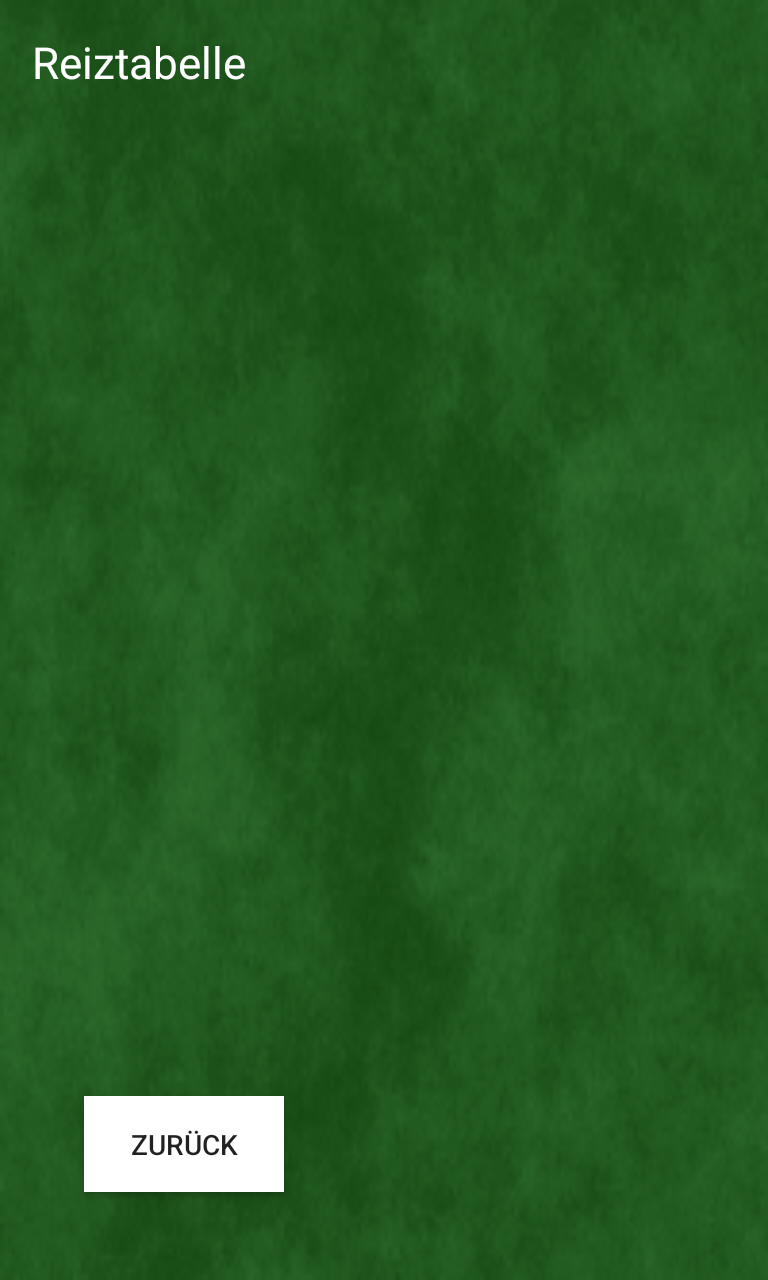
Repository: razinanu/InSy-Skat
Layout: InSy-Skat/res/layout/fragment_result.xml
The author's editor kept a copy of each file at every save. The layout is drawn from the files as they stood at one save, then again after the next save.
It is drawn on a 768 x 1280 px phone screen (xhdpi) without system bars, with theme AppThemeWithoutActionBarTitle; the app's code is not run.

Above is the layout before, as saved 2014-06-22 13:24:34.

### InSy-Skat/res/layout/fragment_result.xml
<RelativeLayout xmlns:android="http://schemas.android.com/apk/res/android"
    xmlns:tools="http://schemas.android.com/tools"
    android:layout_width="match_parent"
    android:layout_height="match_parent"
    android:paddingBottom="@dimen/activity_vertical_margin"
    android:paddingLeft="@dimen/activity_horizontal_margin"
    android:paddingRight="@dimen/activity_horizontal_margin"
    android:paddingTop="@dimen/activity_vertical_margin"
    android:background="@drawable/hintergrundapp"
    tools:context="com.example.insy_skat.ResultActivity$PlaceholderFragment" >
    <TextView
        android:id="@+id/reizTabelleText"
        android:layout_width="wrap_content"
        android:layout_height="wrap_content"
        android:text="@string/reizenTabelle"
        android:textAppearance="?android:attr/textAppearanceLarge"
        android:textColor="#ffffff" />

<ScrollView
    android:id="@+id/scrollView1"
     android:layout_width="300dp"
    android:layout_height="match_parent"
    android:layout_below="@+id/reizTabelleText"
    android:layout_centerHorizontal="true"
    android:layout_marginTop="16dp"
    android:layout_marginBottom="100dp" >

    <LinearLayout
        android:id="@+id/linearLayout"
        android:layout_width="match_parent"
        android:layout_height="wrap_content"
        android:orientation="vertical" >
    </LinearLayout>
</ScrollView>

<Button
    android:id="@+id/backbutton"
    android:layout_width="wrap_content"
    android:layout_height="wrap_content"
    android:layout_alignLeft="@+id/scrollView1"
    android:layout_alignParentBottom="true"
    android:layout_marginBottom="28dp"
    android:background="#ffffff"
    android:onClick="backToPrevActivity"
    android:text="@string/zurueck"
    android:width="100dp" />

</RelativeLayout>

### InSy-Skat/res/values/strings.xml
<?xml version="1.0" encoding="utf-8"?>
<resources>

    <string name="app_name">Reizassistent</string>
    <string name="action_settings">Settings</string>
    <string name="zurueck">Zurück</string>
    <string name="weiter">Weiter</string>
    <string name="menue">Menü</string>
    <string name="abbrechen">Beenden</string>
    <string name="farbspielGrand">Farbspiel/Grand</string>
    <string name="nullString">Nullspiel</string>
    <string name="grand">Grand</string>
    <string name="reizassistent">Reizassistent</string>
    <string name="bubenAuswaehlen">Buben Auswählen</string>
    <string name="farbenAuswahl">Farbe Auswählen</string>
    <string name="reizenTabelle">Reiztabelle</string>
    <string name="title_activity_selected_soldiers">SelectedSoldiers</string>
    <string name="title_activity_farben_auswahl">FarbenAuswahl</string>
    <string name="title_activity_result">ResultActivity</string>
    <string name="info_title">Zusätzliche Informationen</string>
    <string name="home_title">Hauptmenü</string>
    <string name="title_activity_null_sp">NullSPActivity</string>
    <string name="nullspiel">Nullspiel Auswählen</string>
     <string name="nullH">Hand</string>
     <string name="nullou">Ouvert</string>
     <string name="nullouH">Ouvert Hand</string>

</resources>

Loaded but not shown: InSy-Skat/res/values-v11/styles.xml (common file); InSy-Skat/res/values/styles.xml (common file); InSy-Skat/res/values-v14/styles.xml (common file); InSy-Skat/res/values/dimens.xml (common file); InSy-Skat/res/values-w820dp/dimens.xml (common file)

After the next save:
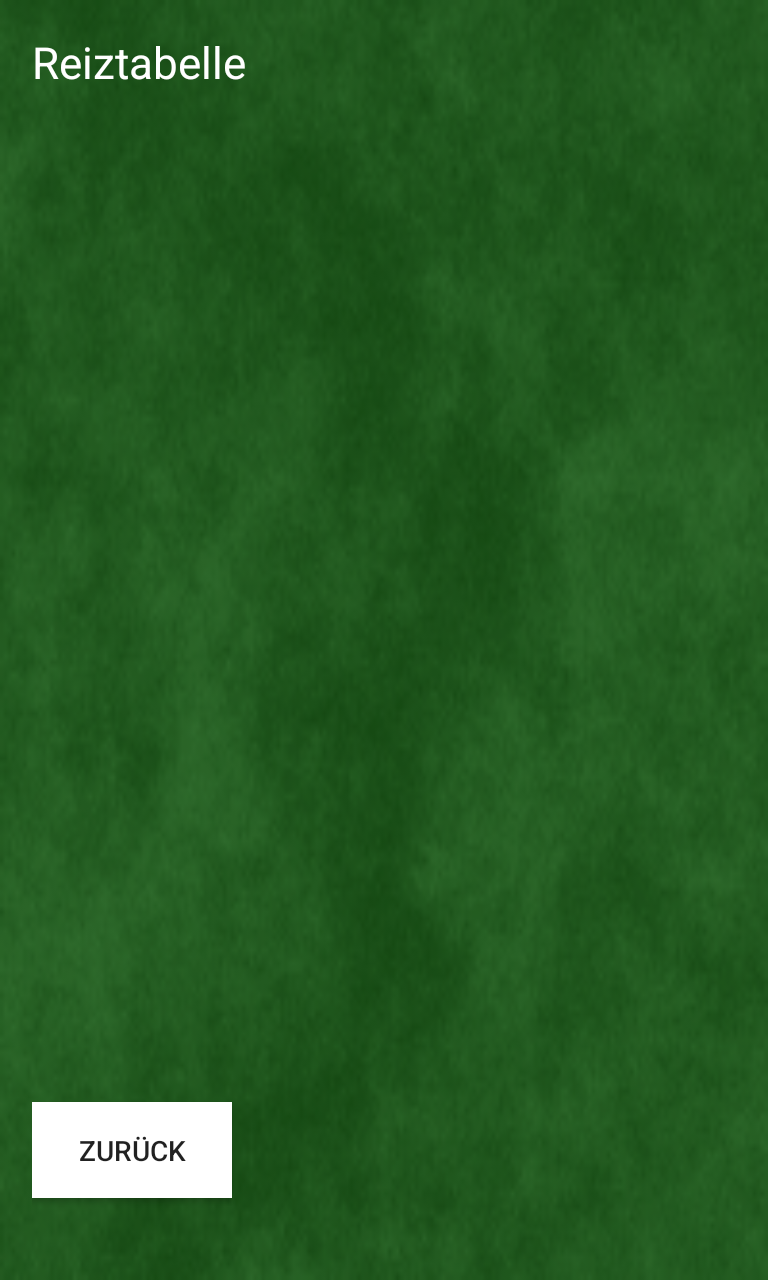
Saved 56 s later.
--- a/InSy-Skat/res/layout/fragment_result.xml
+++ b/InSy-Skat/res/layout/fragment_result.xml
@@ -18,7 +18,7 @@
 
 <ScrollView
     android:id="@+id/scrollView1"
-     android:layout_width="300dp"
+     android:layout_width="match_parent"
     android:layout_height="match_parent"
     android:layout_below="@+id/reizTabelleText"
     android:layout_centerHorizontal="true"
@@ -39,7 +39,7 @@
     android:layout_height="wrap_content"
     android:layout_alignLeft="@+id/scrollView1"
     android:layout_alignParentBottom="true"
-    android:layout_marginBottom="28dp"
+    android:layout_marginBottom="25dp"
     android:background="#ffffff"
     android:onClick="backToPrevActivity"
     android:text="@string/zurueck"
